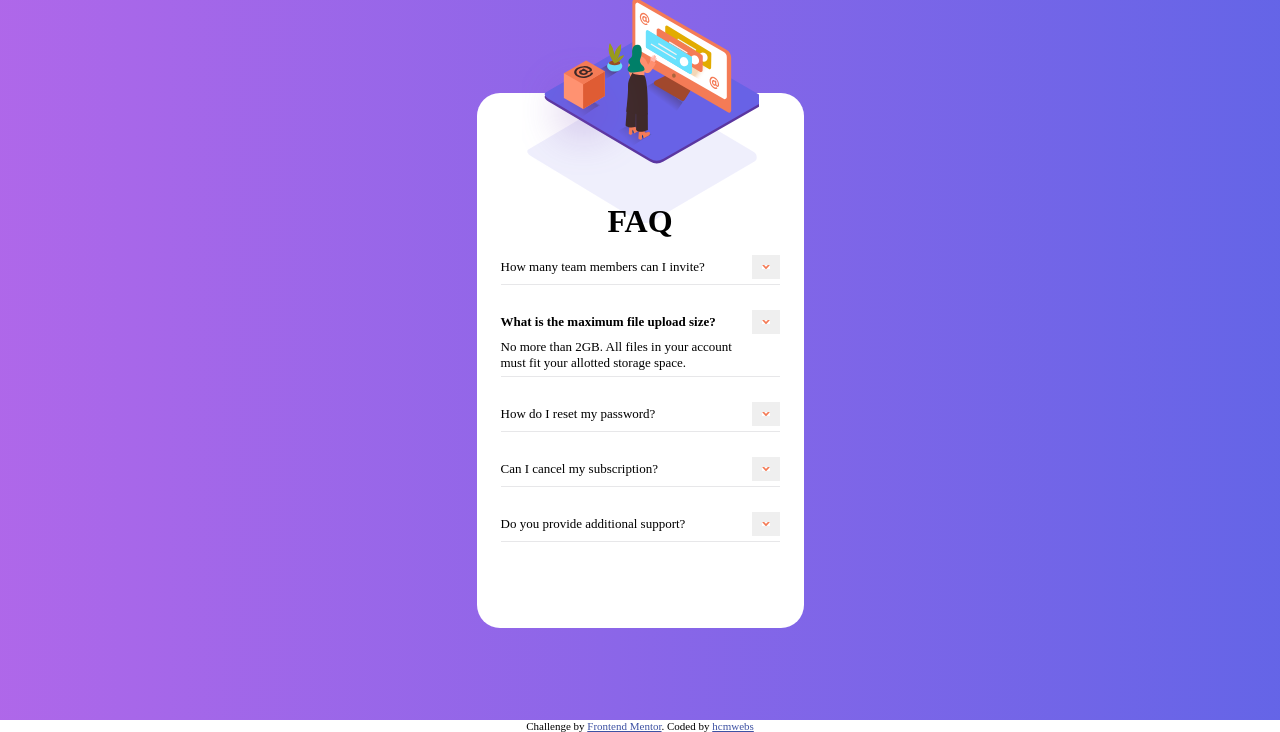
Repository: Hcmwebs/faq-accordion-card
Page: index.html
An editor plug-in stored every save of this project. The page is shown before and after the next save, followed by the edit.
The browser window is 1280 px wide. The pictures show the whole page.
The style sheet was rebuilt from its Sass, Less or Tailwind sources for each picture, by a compiler version that may differ from the author's.

Above is the page before, as saved 2020-11-06 12:30:50.

After the next save:
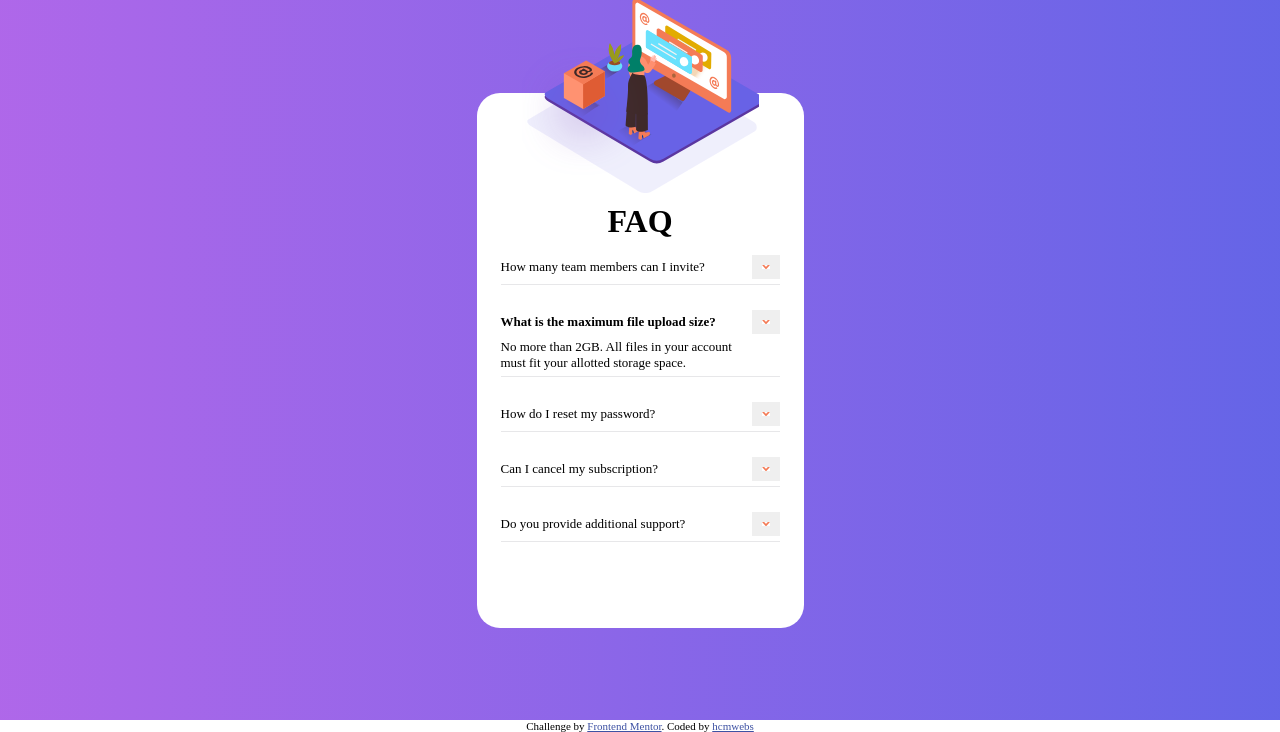
Saved 8 s later.
--- a/scss/main.scss
+++ b/scss/main.scss
@@ -58,7 +58,7 @@ font-weight: $font-light;
   .card{
     width: 327px;
     height:535px;
-    background:#fff url(/images/bg-pattern-mobile.svg) no-repeat 50px -100px;
+    background:#fff url(/images/bg-pattern-mobile.svg) no-repeat 50px -130px;
     background-size: 230px 230px;
     border-radius:23px;
     padding: 10px;
